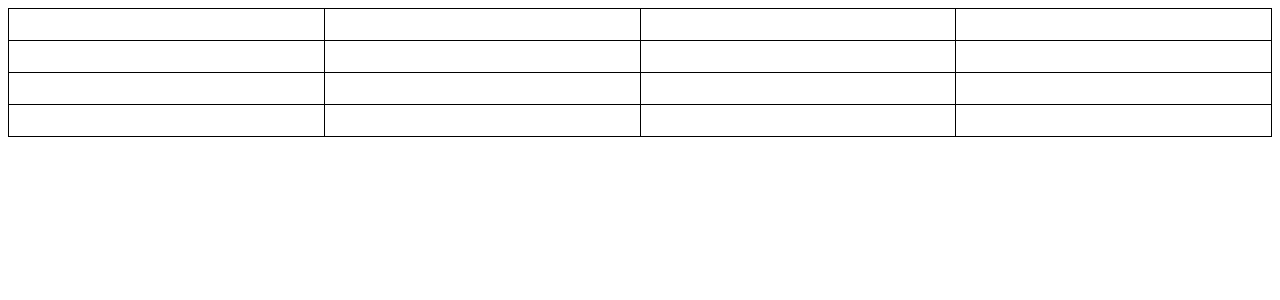
Repository: mrDav90/simple-htmlTable-generator
Page: index.html
These files come from the project's save history. The page is drawn as it stood at one moment and after the next save; the edit follows.
The browser window is 1280 px wide. The pictures show the whole page.

Above is the page before, as saved 2022-08-09 12:55:49.

After the next save:
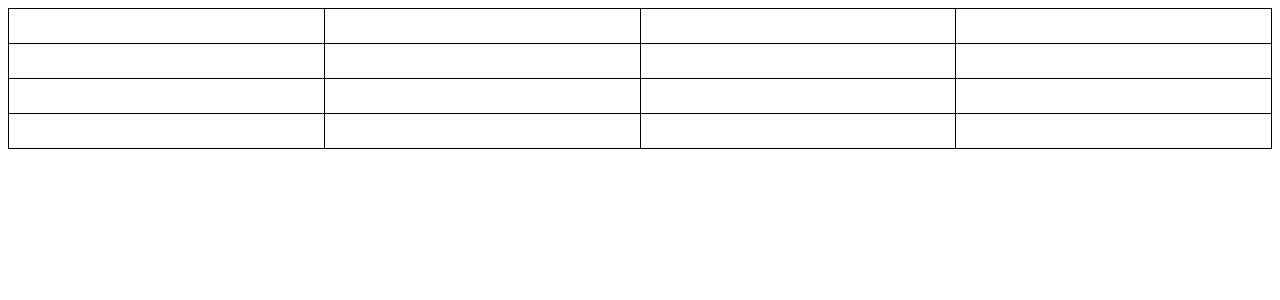
Saved 10 s later.
--- a/index.html
+++ b/index.html
@@ -62,7 +62,7 @@
         width: auto;
     }
 
-    tr{
+    td{
         height: 2rem;
     }
 
